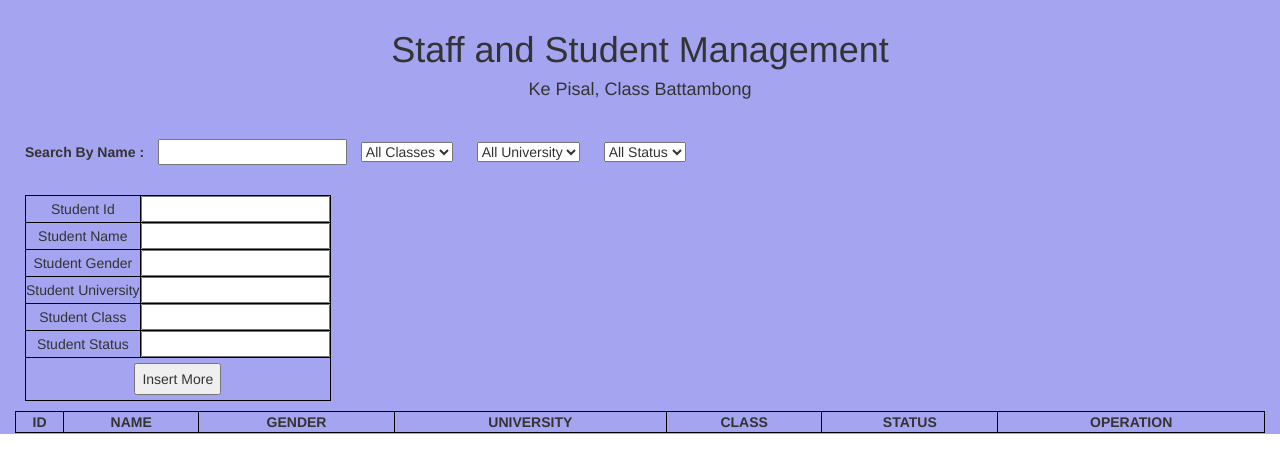
Repository: kepisal/ServletJAVA
Page: http://localhost/AjaxStaffandStudent/
The author's editor kept a copy of each file at every save. The page is drawn from the files as they stood at one save, then again after the next save.
The browser window is 1280 px wide. The pictures show the whole page.
The page is served by Tomcat 9. Queries for data that is not in the repository find no rows.

Above is the page before, as saved 2015-07-10 16:26:53.

After the next save:
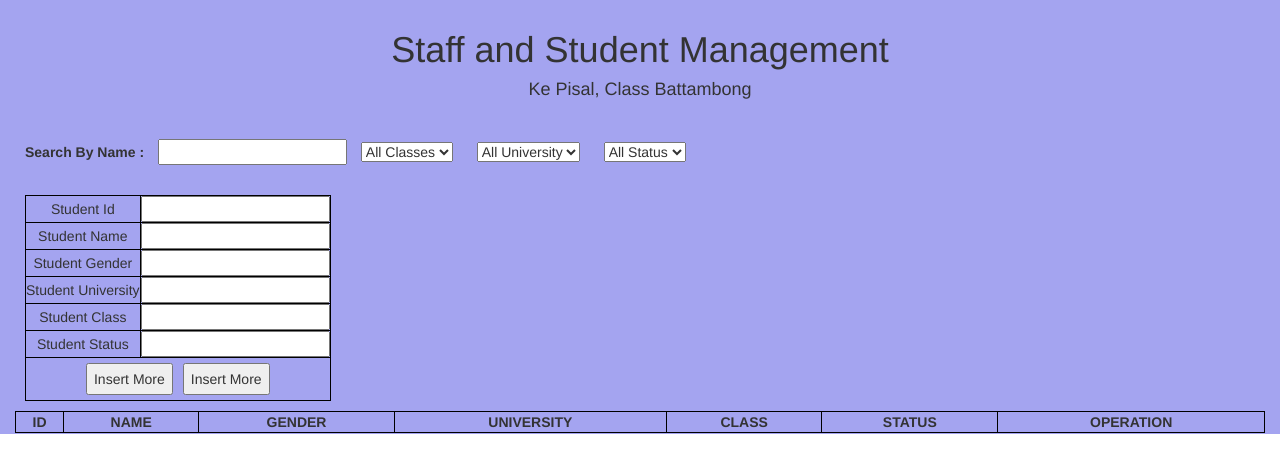
Saved 26 s later.
--- a/AjaxStaffandStudent/WebContent/index.jsp
+++ b/AjaxStaffandStudent/WebContent/index.jsp
@@ -87,6 +87,7 @@ button {
 				<tr><td>Student Class</td><td><input/></td></tr>
 				<tr><td>Student Status</td><td><input/></td></tr>
 				<tr><td colspan="2"><button id="btnadd btn btn-success" onclick="add()">Insert
+				More</button><button id="btnadd btn btn-success" onclick="add()">Insert
 				More</button></td></tr>
 			</table>
 		</div>
